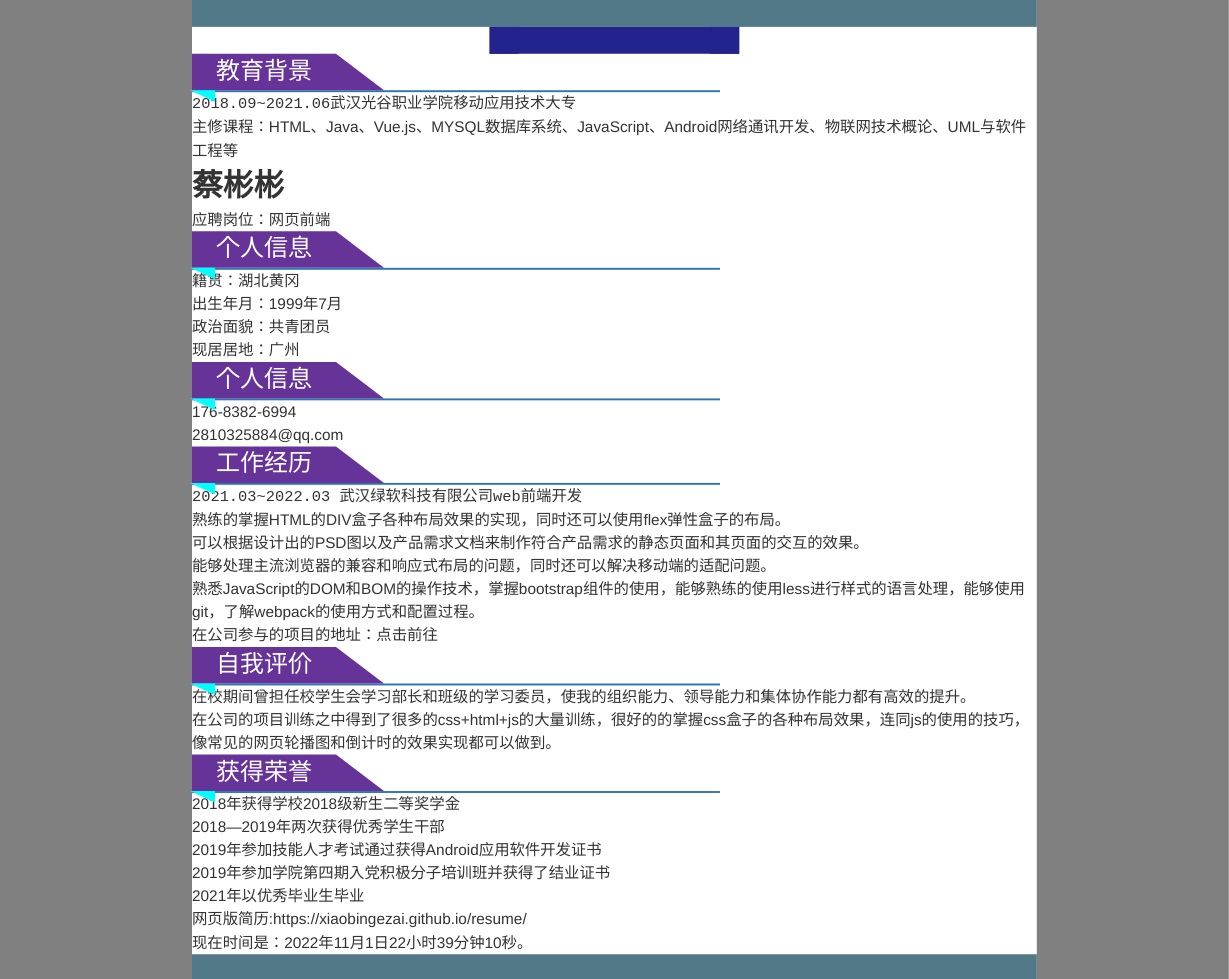
Repository: xiaobingezai/resume
Page: index.html
An editor plug-in stored every save of this project. The page is shown before and after the next save, followed by the edit.
The browser window is 1280 px wide. The pictures show the whole page, at 96% of full size.

Above is the page before, as saved 2022-11-02 22:35:48.

### index.html
<!DOCTYPE html>
<html lang="en">

<head>
    <meta charset="UTF-8">
    <meta http-equiv="X-UA-Compatible" content="IE=edge">
    <meta name="viewport" content="width=device-width, initial-scale=1.0">
    <title>Document</title>
    <link rel="stylesheet" href="css/index.css">
</head>

<body>
    <div class="wrapper" id="zhengTi">
        <div class="tiXing1"></div>
        <div id="head">
            <div class="jiaoYuBeiJing">
                <div class="zhuangShiTuPian"><samp>教育背景</samp></div>
                <div class="samp1">
                    <samp>2018.09~2021.06</samp><samp>武汉光谷职业学院</samp><samp>移动应用技术</samp><samp>大专</samp>
                </div>
                <p>主修课程：HTML、Java、Vue.js、MYSQL数据库系统、JavaScript、Android网络通讯开发、物联网技术概论、UML与软件工程等</p>
            </div>
            <div id="content" class="clearfix">
                <div class="gongZuoJingLi1">
                    <div class="first">
                        <h1>蔡彬彬</h1>
                        <p>应聘岗位：网页前端</p>
                    </div>
                    <div class="second">
                        <div class="zhuangShiTuPian"><samp>个人信息</samp></div>
                        <ul class="ul1">
                            <li>籍贯：湖北黄冈</li>
                            <li>出生年月：1999年7月</li>
                            <li>政治面貌：共青团员</li>
                            <li>现居居地：广州</li>
                        </ul>
                    </div>
                    <div class="third">
                        <div class="zhuangShiTuPian"><samp>个人信息</samp></div>
                        <ul class="ul2">
                            <li>176-8382-6994</li>
                            <li>2810325884@qq.com</li>
                        </ul>
                    </div>
                </div>
                <div class="gongZuoJingLi">
                    <div class="zhuangShiTuPian"><samp>工作经历</samp></div>

                    <ul class="gongZuoJingLi2">
                        <div class="gongZuo">
                            <samp>2021.03~2022.03 </samp><samp>武汉绿软科技有限公司</samp><samp>web前端开发</samp>
                        </div>
                        <li>熟练的掌握HTML的DIV盒子各种布局效果的实现，同时还可以使用flex弹性盒子的布局。</li>
                        <li>可以根据设计出的PSD图以及产品需求文档来制作符合产品需求的静态页面和其页面的交互的效果。</li>
                        <li>能够处理主流浏览器的兼容和响应式布局的问题，同时还可以解决移动端的适配问题。</li>
                        <li>熟悉JavaScript的DOM和BOM的操作技术，掌握bootstrap组件的使用，能够熟练的使用less进行样式的语言处理，能够使用git，了解webpack的使用方式和配置过程。</li>
                        <li>在公司参与的项目的地址：<a href="http://www.downyi.com/" target="blank">点击前往</a></li>
                    </ul>
                </div>
            </div>
            <div id="tail" class="clearfix">
                <div class="diBu1">
                    <div class="zhuangShiTuPian"><samp>自我评价</samp></div>
                    <ul>
                        <li>在校期间曾担任校学生会学习部长和班级的学习委员，使我的组织能力、领导能力和集体协作能力都有高效的提升。</li>
                        <li>在公司的项目训练之中得到了很多的css+html+js的大量训练，很好的的掌握css盒子的各种布局效果，连同js的使用的技巧，像常见的网页轮播图和倒计时的效果实现都可以做到。</li>
                    </ul>
                </div>
                <div class="diBu2">
                    <div class="zhuangShiTuPian"><samp>获得荣誉</samp></div>
                    <ul>
                        <li>2018年获得学校2018级新生二等奖学金</li>
                        <li>2018—2019年两次获得优秀学生干部</li>
                        <li>2019年参加技能人才考试通过获得Android应用软件开发证书</li>
                        <li>2019年参加学院第四期入党积极分子培训班并获得了结业证书</li>
                        <li>2021年以优秀毕业生毕业</li>
                    </ul>
                </div>
                <div id="jianLi">
                    <p >网页版简历:<a href="https://xiaobingezai.github.io/resume/" target="blank">https://xiaobingezai.github.io/resume/</a></p>
                    <div class="daoJiShi"></div>
                </div>
            </div>
        </div>
        <!-- 底部 -->
        <div class="tiXing2"></div>
    </div>
    <script src="./js/index.js"></script>
</body>

</html>

### css/index.css
/* 清除默认样式的代码 */
/* 去除常见标签默认的 margin 和 padding */
body,
h1,
h2,
h3,
h4,
h5,
h6,
p,
ul,
ol,
li,
dl,
dt,
dd,
input {
    margin: 0;
    padding: 0;
}

/* 內减模式 */
* {
    box-sizing: border-box;
}

/* 设置网页统一的字体大小、行高、字体系列相关属性 */
body {
    font: 16px/1.5 "Helvetica Neue", Helvetica, Arial, "Microsoft Yahei",
        "Hiragino Sans GB", "Heiti SC", "WenQuanYi Micro Hei", sans-serif;
    color: #333;
}

/* 去除列表默认样式 */
ul,
ol {
    list-style: none;
}

/* 去除默认的倾斜效果 */
em,
i {
    font-style: normal;
}

/* 去除a标签默认下划线，并设置默认文字颜色 */
a {
    text-decoration: none;
    color: #333;
}

/* 设置img的垂直对齐方式为居中对齐，去除img默认下间隙 */
img {
    vertical-align: middle;
}

/* 去除input默认样式 */
input {
    border: none;
    outline: none;
    color: #333;
}

/* 左浮动 */
.fl {
    float: left;
}

/* 右浮动 */
.fr {
    float: right;
}

/* 双伪元素清除法 */
.clearfix::before,
.clearfix::after {
    content: "";
    display: table;
}

.clearfix::after {
    clear: both;
}

/* 版心居中 */
.wrapper {
    width: 880px;
    margin: 0 auto;
}

body{
    background-color: rgba(128, 128,128);
}
/* 装饰横条背景 */
.zhuangShiTuPian {
    position: relative;
    text-align: center;
    line-height: 40px;
    font-size: 25px;
    color: #fff;
    width: 550px;
    height: 40px;
    border-bottom: 2px solid #2d74b5;
}
.zhuangShiTuPian::after {
    content: '';
    position: absolute;
    left: -2px;

    width: 0;
    height: 0;
    border-width: 0 26px 12px 0;
    border-style: solid;
    border-color: transparent aqua;
}
.zhuangShiTuPian samp {
    display: block;
    width: 200px;
    height: 0;
    border-bottom: 38px solid rebeccapurple;
    border-right: 50px solid transparent;
}

/* 最外层的盒子的样式设置 */
#zhengTi {
    background-color: #fff;
    border-top: 28px solid #517987 ;
    border-bottom: 28px solid #517987 ;
}
#zhengTi .tiXing1 {
    width: 260px;
    height: 0;
    margin: 0 auto;
    border-top: 28px solid;
    border-left: 30px solid transparent;
    border-right: 30px solid transparent;
    border-color: #23238E;
}

/* head的区域 */
#zhengTi .head {
    padding-left: 30px;
}

### js/index.js
let daoJiShi = document.querySelector('.daoJiShi');
            shiJian();
            function shiJian() {
                let time = new Date();
                let nian = time.getFullYear();
                let yue = time.getMonth();
                let ri = time.getDate();
                let h = time.getHours();
                let m = time.getMinutes();
                let s = time.getSeconds();
                let dangQianShiJian = '现在时间是：' + +nian + '年' + (yue + 1) + '月' + ri + '日' + h + '小时' + m + '分钟' + s + '秒' +
                    '。';
                daoJiShi.innerHTML = dangQianShiJian;
            }
            setInterval('shiJian()', 1000);

After the next save:
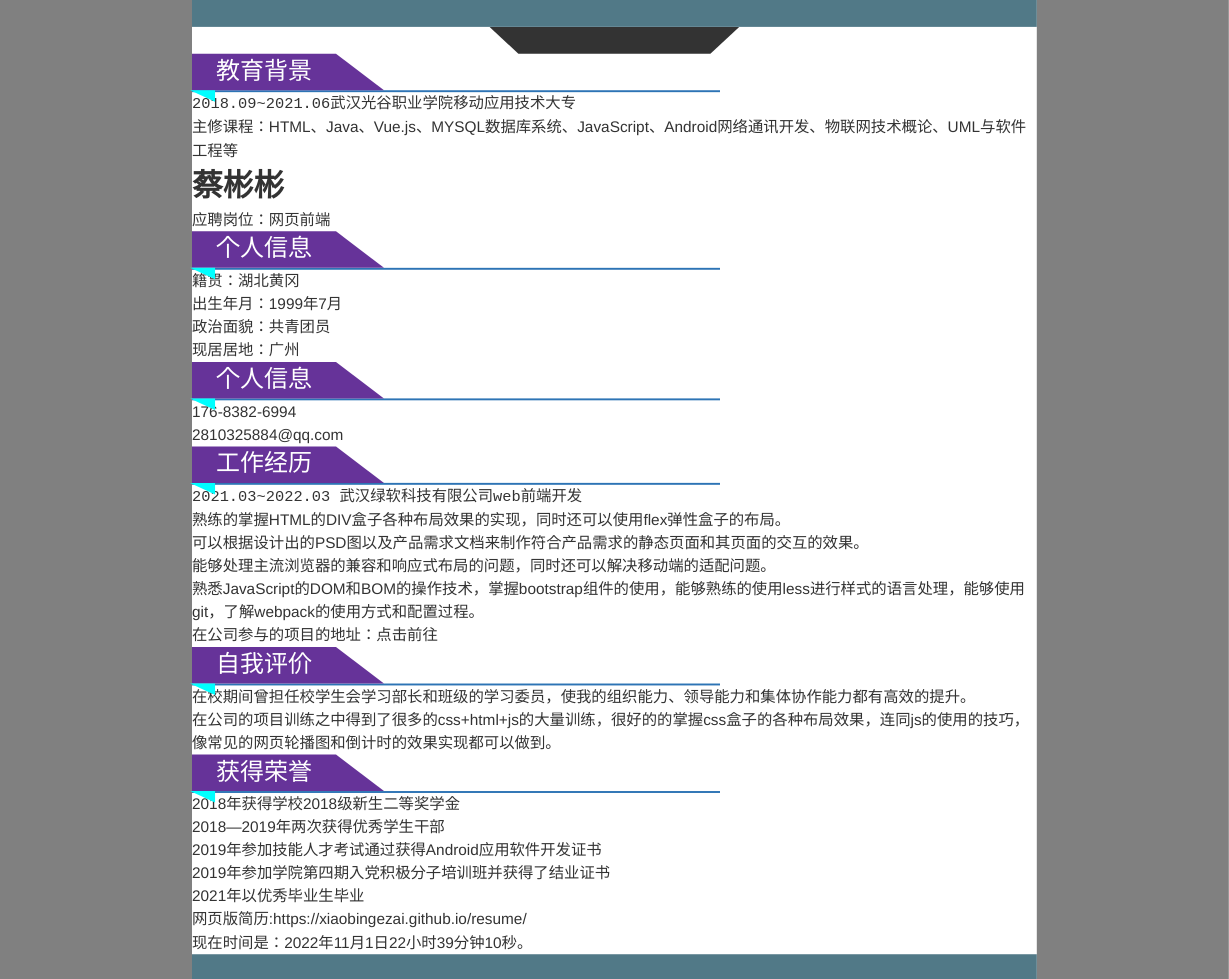
Saved 42 s later.
--- a/css/index.css
+++ b/css/index.css
@@ -134,7 +134,6 @@ body{
     border-top: 28px solid;
     border-left: 30px solid transparent;
     border-right: 30px solid transparent;
-    border-color: #23238E;
 }
 
 /* head的区域 */
